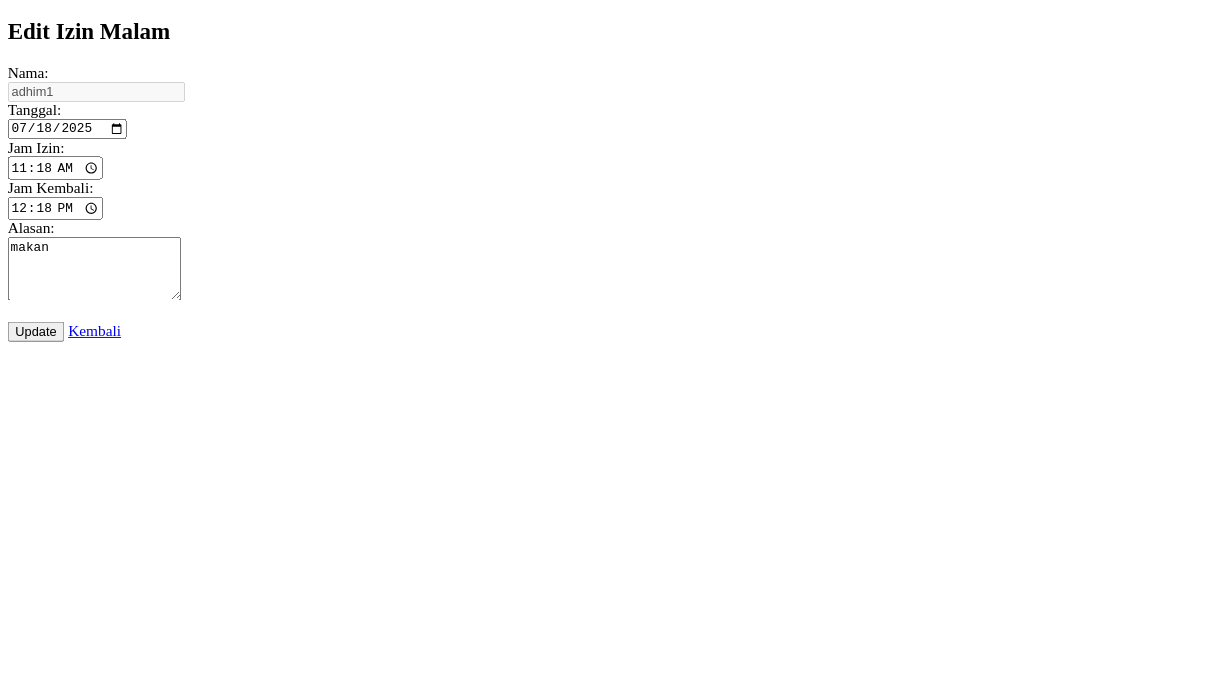
Repository: fatkquladhim/multimedia_app
Page: http://localhost/admin/izin_malam/izin-malam-edit.php?id=9
An editor plug-in stored every save of this project. The page is shown before and after the next save, followed by the edit.
The browser window is 1280 px wide. The pictures show the whole page, at 96% of full size.
Some web libraries are served in a nearby version. The page is run by PHP 8.4 with error messages shown; the project is at /var/www/html/. The session is filled in as if someone had signed in: {"user_id": 2, "username": "asep", "role": "admin"}. The database holds what the project's SQL file puts in it.

Above is the page before, as saved 2025-07-18 22:58:21.

After the next save:
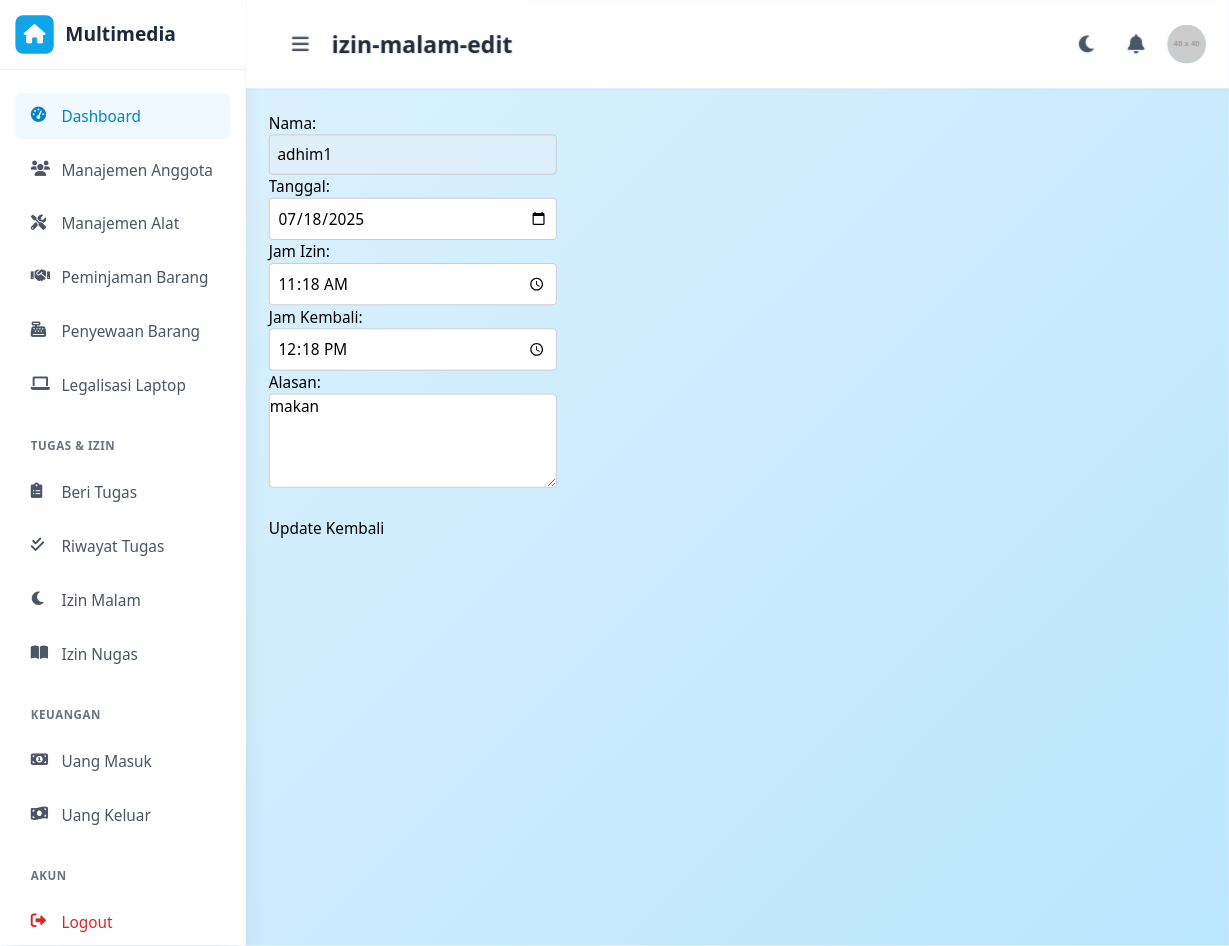
Saved 14 s later.
--- a/admin/izin_malam/izin-malam-edit.php
+++ b/admin/izin_malam/izin-malam-edit.php
@@ -48,15 +48,8 @@ if ($_SERVER['REQUEST_METHOD'] === 'POST') {
     $conn->close();
     exit;
 }
+include '../header.php'; // Path relatif dari 'anggota/'
 ?>
-
-<!DOCTYPE html>
-<html>
-<head>
-    <title>Edit Izin Malam</title>
-</head>
-<body>
-    <h2>Edit Izin Malam</h2>
 
     <?php
     if (isset($_GET['status']) && isset($_GET['message'])) {
